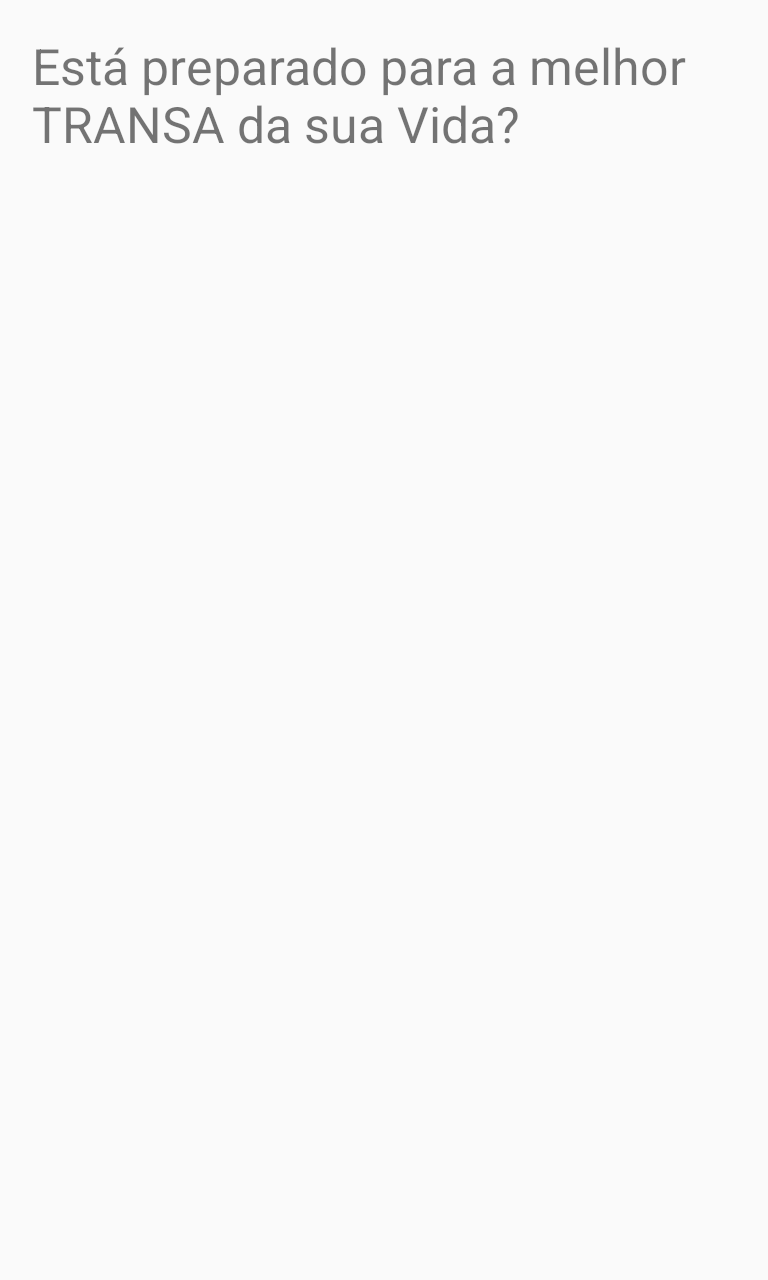
Repository: Cookahn/bioca_sounds
Layout: ChicoBiocaApp/res/layout/fragment_main.xml
These files come from the project's save history. The layout is drawn as it stood at one moment and after the next save; the edit follows.
It is drawn on a 768 x 1280 px phone screen (xhdpi) without system bars, with theme AppTheme; the app's code is not run.

Above is the layout before, as saved 2014-08-11 19:29:36.

After the next save:
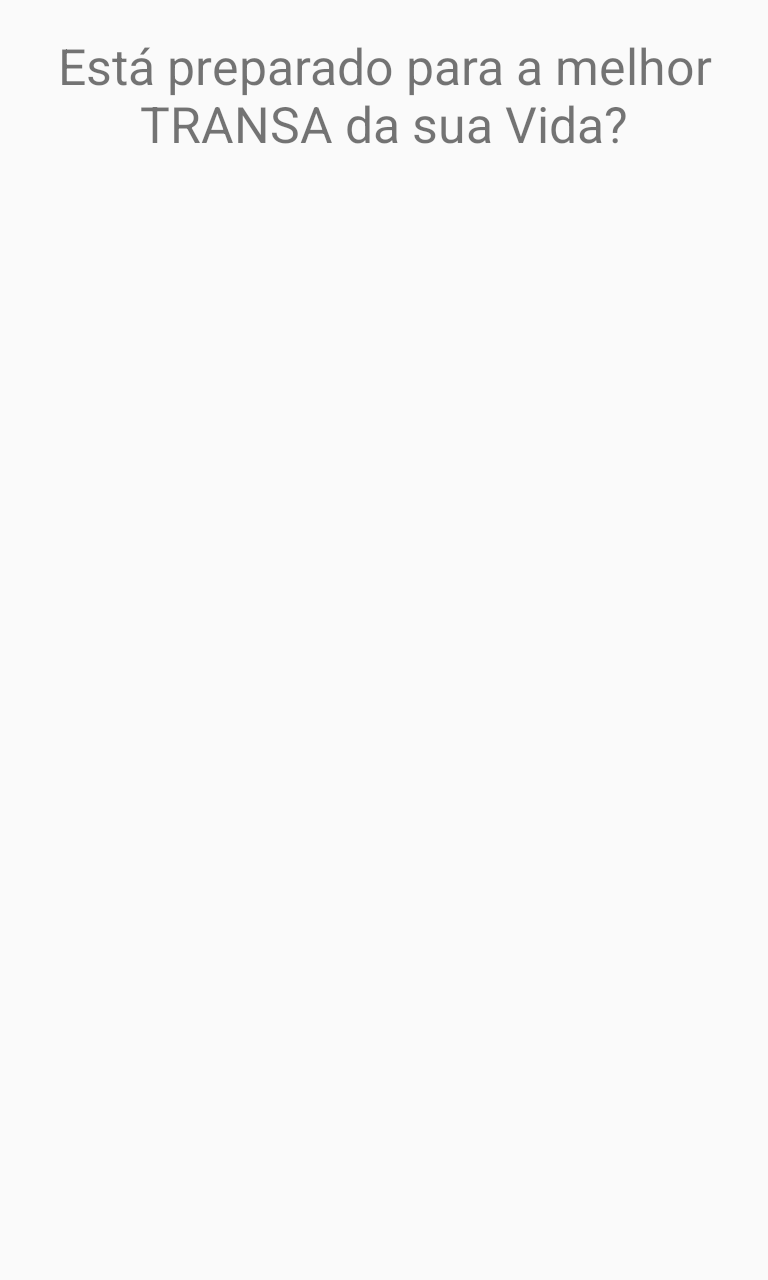
Saved 9 s later.
--- a/ChicoBiocaApp/res/layout/fragment_main.xml
+++ b/ChicoBiocaApp/res/layout/fragment_main.xml
@@ -13,6 +13,6 @@
         android:layout_height="wrap_content"
         android:text="@string/are_you_ready"
         android:textSize="25sp"
-        android:layout_centerHorizontal="true" />
+        android:gravity="center_horizontal" />
 
 </RelativeLayout>
